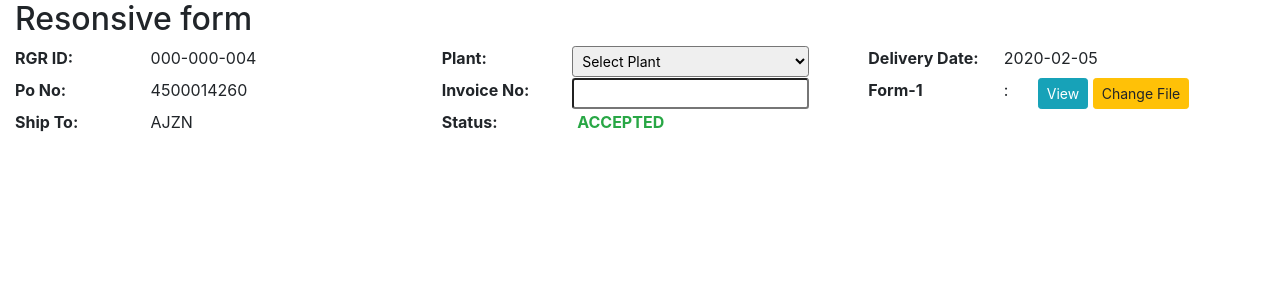
Repository: karthikairasu/Others_work
Page: form.html
The author's editor kept a copy of each file at every save. The page is drawn from the files as they stood at one save, then again after the next save.
The browser window is 1280 px wide. The pictures show the whole page.

Above is the page before, as saved 2020-06-28 17:18:26.

### form.html
<!DOCTYPE html>
<html lang="en">
  <head>
    <title>Bootstrap Example</title>
    <meta charset="utf-8" />
    <meta name="viewport" content="width=device-width, initial-scale=1" />
    <link
      rel="stylesheet"
      href="https://maxcdn.bootstrapcdn.com/bootstrap/4.5.0/css/bootstrap.min.css"
    />
    <script src="https://ajax.googleapis.com/ajax/libs/jquery/3.5.1/jquery.min.js"></script>
    <script src="https://cdnjs.cloudflare.com/ajax/libs/popper.js/1.16.0/umd/popper.min.js"></script>
    <script src="https://maxcdn.bootstrapcdn.com/bootstrap/4.5.0/js/bootstrap.min.js"></script>
  </head>
  <body>
    <div class="container-fluid">
      <h2>Resonsive form</h2>
      <form class="" action="">
        <div class="row">
          <div class="col-md-4">
            <div class="form-row">
              <label class="col-md-4"><b>RGR ID:</b></label>
              <label class="col-md-7" id="RGR_ID">000-000-004 </label>
            </div>
            <div class="form-row">
              <label class="col-md-4"><b>Po No:</b></label>
              <label class="col-md-7" id="Po_No">4500014260 </label>
            </div>
            <div class="form-row">
              <label class="col-md-4"><b>Ship To:</b></label>
              <label class="col-md-7" id="Ship_To">AJZN </label>
            </div>
          </div>
          <div class="col-md-4">
            <div class="form-row">
              <label class="col-md-4"><b>Plant:</b></label>
              <select
                class="form-control-sm col-md-7"
                name="plant"
                style="width: 60%;"
                required=""
              >
                <option value="">Select Plant</option>

                <option value="Riyadh">Riyadh</option>

                <option value="Jeddha">Jeddha</option>

                <option value="Dammam">Dammam</option>

                <option value="PMAH ">PMAH </option>
              </select>
            </div>
            <div class="form-row">
              <label class="col-md-4"><b>Invoice No:</b></label>
              <input
                type="text"
                class="form-control-sm col-md-7"
                id="Invoice_No"
              />
            </div>
            <div class="form-row">
              <label class="col-md-4"><b>Status:</b></label>
              <label class="col-md-7 text-success" id="Status"
                ><b>ACCEPTED</b></label
              >
            </div>
          </div>
          <div class="col-md-4">
            <div class="form-row">
              <label class="col-md-4"><b>Delivery Date:</b></label>
              <label class="col-md-7" id="Delivery Date">2020-02-05 </label>
            </div>
            <div class="form-row">
              <label class="col-md-4"><b>Form-1</b></label>
              <label class="col-md-1">:</label>
              <label class="col-md-7" id="form_1">
                <button class="btn btn-info btn-sm">View</button>
                <button class="btn btn-warning btn-sm">Change File</button>
              </label>
            </div>
          </div>
        </div>
      </form>
    </div>
  </body>
</html>

After the next save:
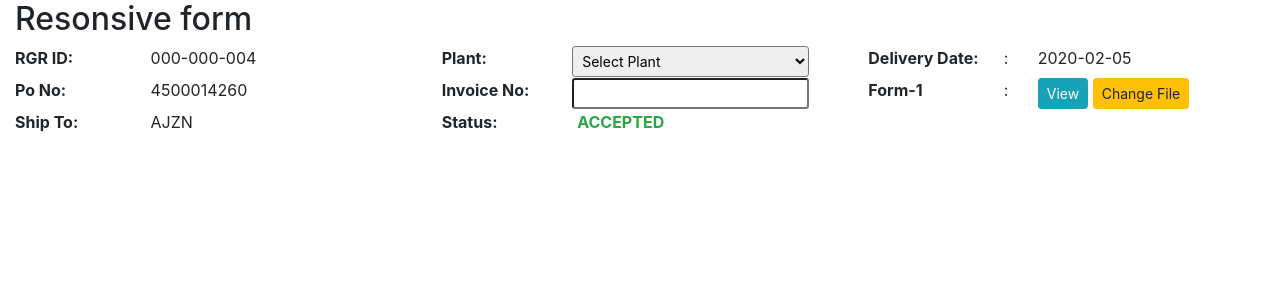
Saved 13 s later.
--- a/form.html
+++ b/form.html
@@ -69,6 +69,7 @@
           <div class="col-md-4">
             <div class="form-row">
               <label class="col-md-4"><b>Delivery Date:</b></label>
+              <label class="col-md-1">:</label>
               <label class="col-md-7" id="Delivery Date">2020-02-05 </label>
             </div>
             <div class="form-row">
